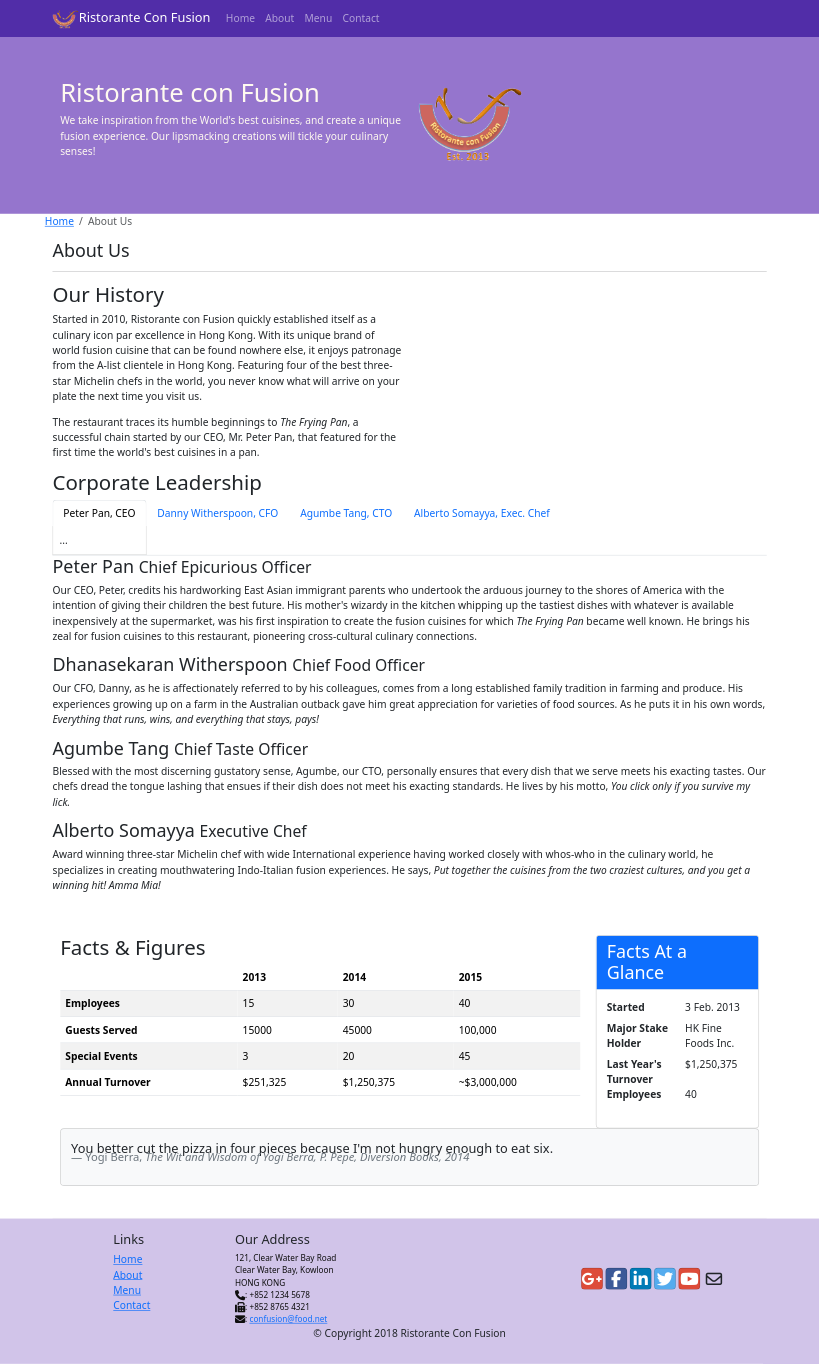
Repository: DungBuiTuan/FER201m
Page: aboutus.html
An editor plug-in stored every save of this project. The page is shown before and after the next save, followed by the edit.
The browser window is 1280 px wide. The pictures show the whole page, at 64% of full size.
Some web libraries are served in a nearby version.

Above is the page before, as saved 2023-05-20 10:11:48.

After the next save:
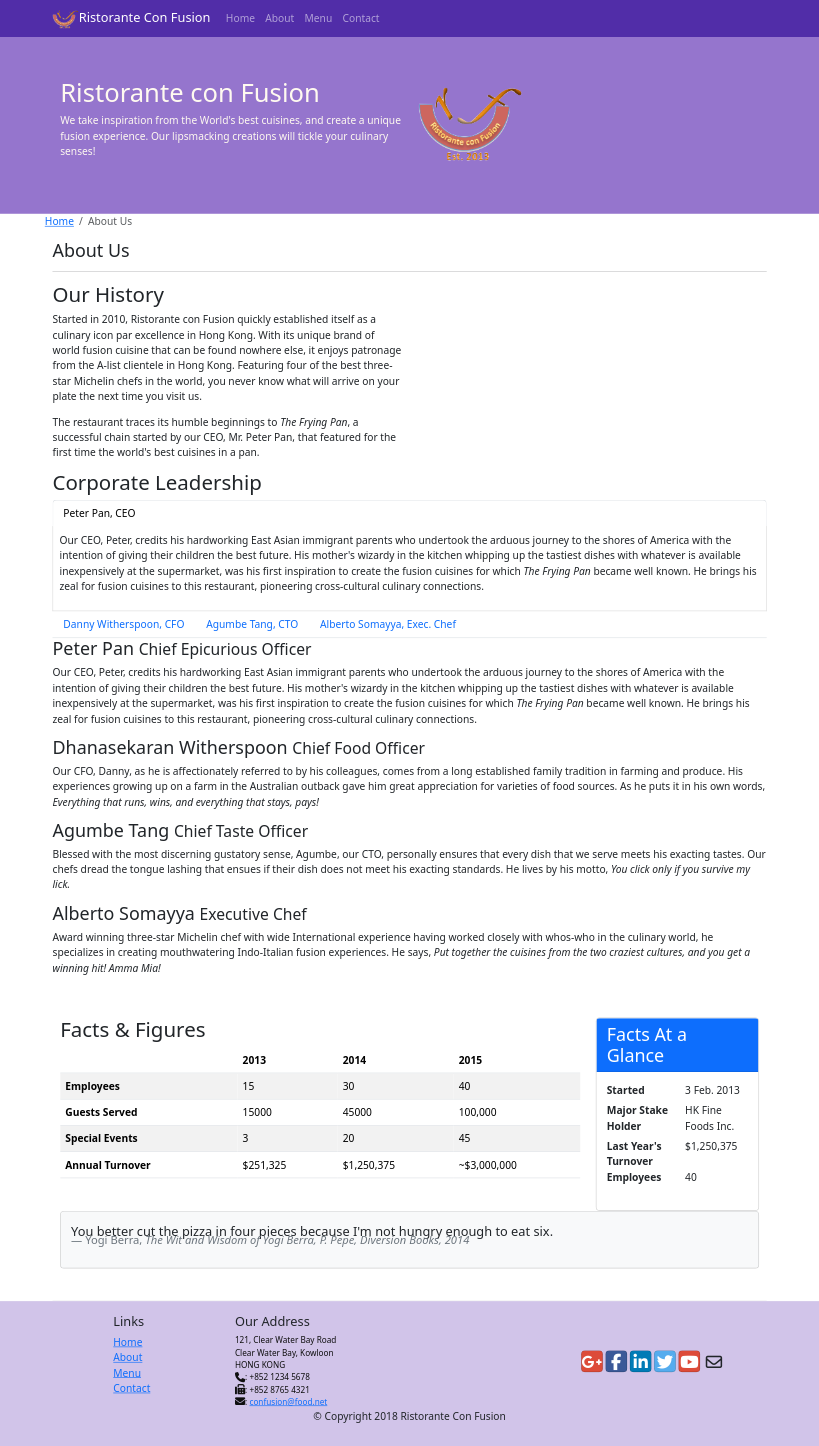
Saved 25 s later.
--- a/aboutus.html
+++ b/aboutus.html
@@ -103,7 +103,14 @@
                           <a class="nav-link active" href="#peter"
                             role="tab" data-toggle="tab">Peter Pan, CEO</a>
                             <div class="tab-content">
-                              ...
+                              <div class="d-none d-sm-block">
+                                <p>Our CEO, Peter, credits his hardworking East Asian immigrant parents who undertook the
+                                    arduous journey to the shores of America with the intention of giving their children the
+                                    best future. His mother's wizardy in the kitchen whipping up the tastiest dishes with
+                                    whatever is available inexpensively at the supermarket, was his first inspiration to create
+                                    the fusion cuisines for which <em>The Frying Pan</em> became well known. He brings his zeal
+                                    for fusion cuisines to this restaurant, pioneering cross-cultural culinary connections.</p>
+                            </div>
                           </div>
 
                         </li>
